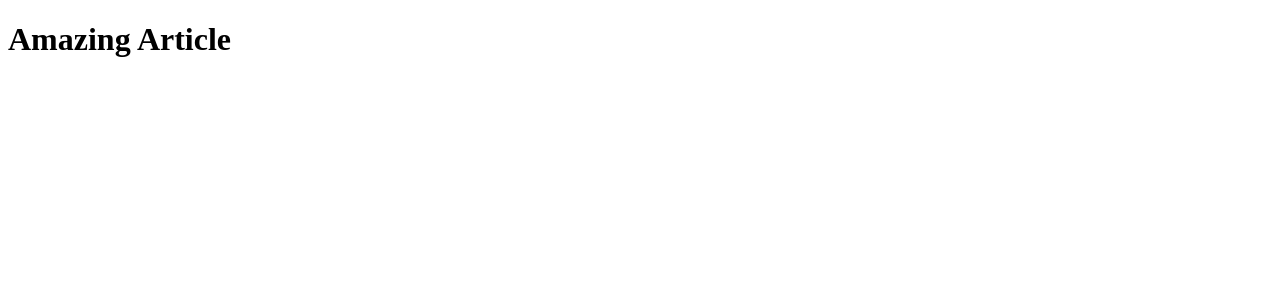
Repository: dunbom6612/RotateArticle
Page: index.html
These files come from the project's save history. The page is drawn as it stood at one moment and after the next save; the edit follows.
The browser window is 1280 px wide. The pictures show the whole page.

Above is the page before, as saved 2021-07-27 00:02:18.

### index.html
<!DOCTYPE html>
<html lang="en">
<head>
  <meta charset="UTF-8">
  <meta http-equiv="X-UA-Compatible" content="IE=edge">
  <meta name="viewport" content="width=device-width, initial-scale=1.0">
  <title>Rotate Navigation</title>
</head>
<body>
  <h1 class="title">Amazing Article</h1>
</body>
</html>

After the next save:
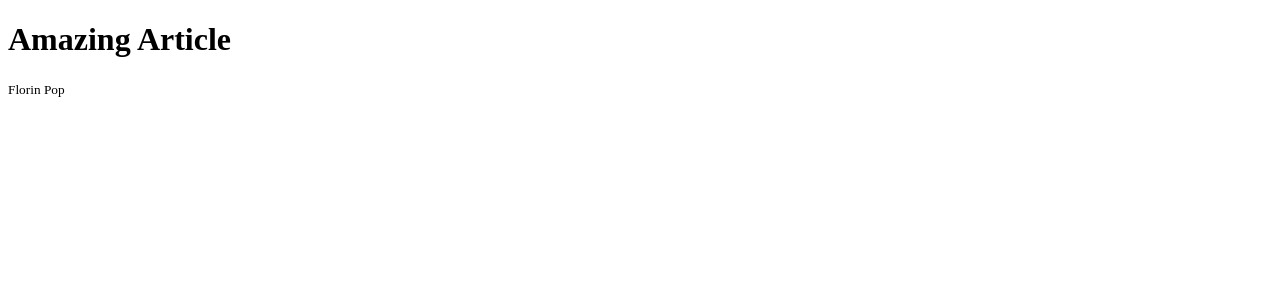
Saved 53 s later.
--- a/index.html
+++ b/index.html
@@ -8,5 +8,6 @@
 </head>
 <body>
   <h1 class="title">Amazing Article</h1>
+  <small class="author">Florin Pop</small>
 </body>
 </html>
